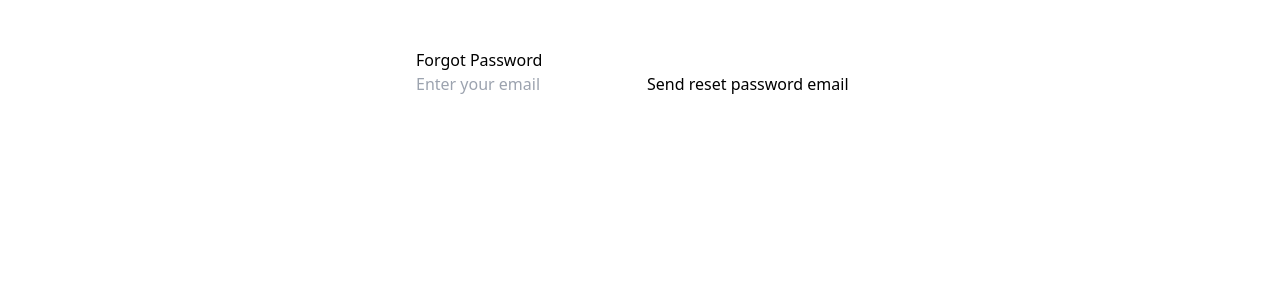
Repository: sevilgenysf/firebase
Page: /forgot-password
An editor plug-in stored every save of this project. The page is shown before and after the next save, followed by the edit.
The browser window is 1280 px wide. The pictures show the whole page.
The project was rebuilt for these pictures with package versions that can differ from the ones it lists, and the page was loaded fresh each time. Also part of the build but not shown: src/pages/Home.js, src/firebase.js, src/pages/SignIn.js, src/pages/SignUp.js.

Above is the page before, as saved 2023-01-04 14:39:13.

### src/App.js
import { BrowserRouter as Router, Routes, Route } from 'react-router-dom';
import Home from './pages/Home';
import SignIn from './pages/SignIn';
import SignUp from './pages/SignUp';
import ForgotPassword from './pages/ForgotPassword';

const App = () => {
	return (
		<Router>
			<Routes>
				<Route path="/" element={<Home />} />
				<Route path="/sign-in" element={<SignIn />} />
				<Route path="/sign-up" element={<SignUp />} />
				<Route path="/forgot-password" element={<ForgotPassword />} />
			</Routes>
		</Router>
	);
};

export default App;

### src/pages/ForgotPassword.js
const ForgotPassword = () => {
	return (
		<div className="max-w-md mx-auto py-12">
			<h1>Forgot Password</h1>
			<form>
				<input type="email" placeholder="Enter your email" />
				<input type="submit" value="Send reset password email" />
			</form>
		</div>
	);
};

export default ForgotPassword;

### tailwind.config.js
/** @type {import('tailwindcss').Config} */
module.exports = {
	content: ['./src/**/*.{js,jsx,ts,tsx}'],
	theme: {
		extend: {}
	},
	plugins: []
};

Loaded but not shown: public/index.html (common file); src/index.js (common file); src/index.css (common file); src/reportWebVitals.js (common file)

After the next save:
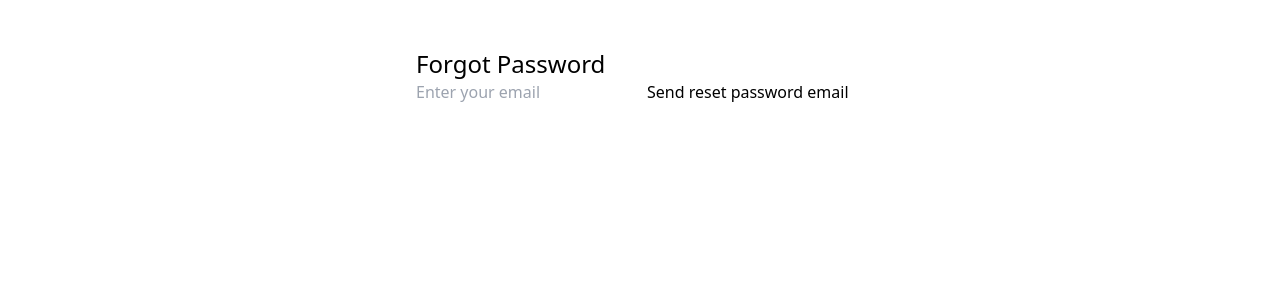
Saved 11 s later.
--- a/src/pages/ForgotPassword.js
+++ b/src/pages/ForgotPassword.js
@@ -1,7 +1,7 @@
 const ForgotPassword = () => {
 	return (
 		<div className="max-w-md mx-auto py-12">
-			<h1>Forgot Password</h1>
+			<h1 className="text-2xl">Forgot Password</h1>
 			<form>
 				<input type="email" placeholder="Enter your email" />
 				<input type="submit" value="Send reset password email" />
